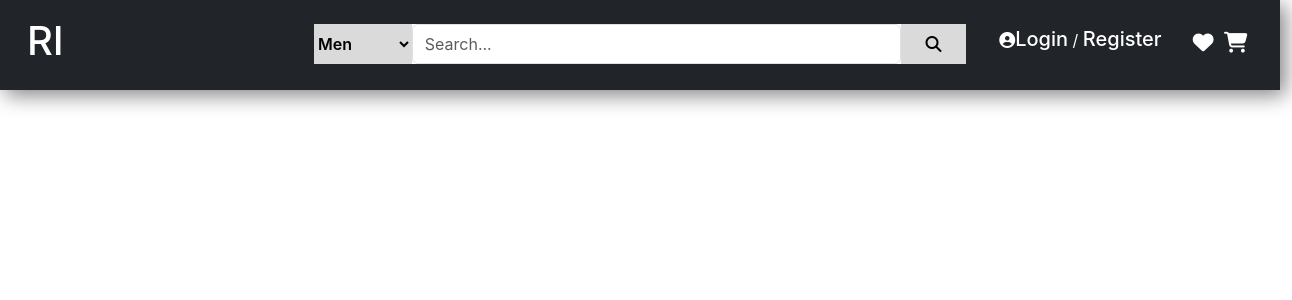
Repository: KodandaraoChellapilli/e-store
Page: /
The author's editor kept a copy of each file at every save. The page is drawn from the files as they stood at one save, then again after the next save.
The browser window is 1280 px wide. The page is 1292 px wide, then 1280 px, so the pictures cover 1292 px, including what lies to the right of the window. The pictures show the whole page.
The project was rebuilt for these pictures with package versions that can differ from the ones it lists, and the page was loaded fresh each time.

Above is the page before, as saved 2025-06-05 10:49:14.

After the next save:
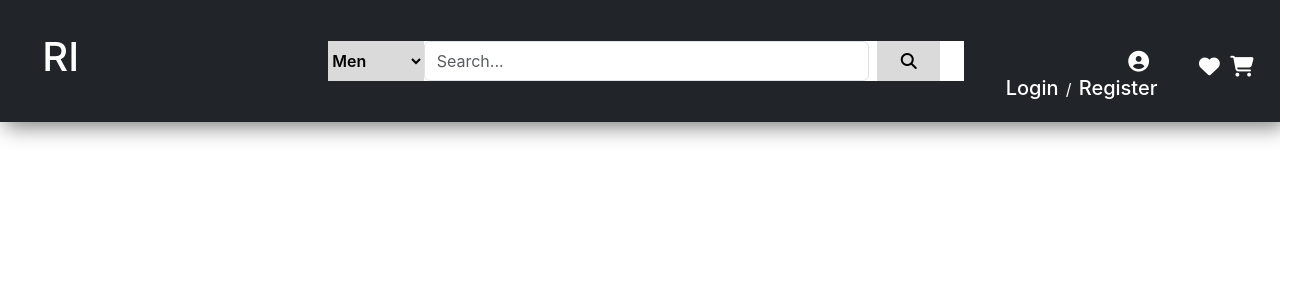
Saved 20 s later.
--- a/src/App.css
+++ b/src/App.css
@@ -1,76 +1,99 @@
-.header{
+* {
+  box-sizing: border-box;
+}
+
+.header {
   max-width: 100%;
   box-shadow: 5px 5px 20px gray;
+  padding: 1em;
 }
 
-.row div{
-  display: inline-block;
+.row {
+  display: flex;
+  align-items: center;
+  flex-wrap: wrap;
+  justify-content: space-between;
 }
 
-.brand{
-  color:white;
+.brand {
+  color: white;
   margin-left: 2%;
   padding: 0.8em;
   width: 23%;
 }
 
-.inp-container input{
-  display: inline-block;
-  width: 75%;
-  height: 2.5em;
+.inp-container {
+  display: flex;
+  align-items: center;
+  width: 50%;
+  padding: 0.5em;
+  background-color: white;
 }
 
-.inp-container button{
+.inp-container .dropdown {
+  width: 15%;
+  margin-right: 0.5em;
+}
+
+.select-btn {
+  height: 2.5em;
+  border: none;
+  background-color: #dadada;
+  font-weight: 600;
+  width: 100%;
+}
+
+.inp-container input {
+  width: 70%;
+  height: 2.5em;
+  margin-right: 0.5em;
+}
+
+.inp-container button {
   width: 10%;
   height: 2.5em;
   border: none;
   background-color: #dadada;
 }
 
-.dropdown {
-  width: 15%;
-}
-
-.select-btn{
-  height: 2.5em;
-  border: none;
-  background-color: #dadada;
-  font-weight: 600;
-}
-
-
-.login-container{
+.login-container {
   width: 15%;
   color: white;
   text-align: right;
   margin: 1.7em 0.2em 0 0;
 }
 
-.login-container i, h5{
-  display: inline-block;
-}
-
-.login-container a{
-  text-decoration: none;
-  color: white;
-}
-
-.user-iconn{
+.user-icon {
   margin-right: 0.4em;
   padding: 0.2em;
   font-size: 1.3em;
 }
 
-.cart-wishlist .list-icon{
-  color:white;
+.auth-links {
+  display: inline-block;
+}
+
+.login-container h5,
+.login-container span {
+  display: inline-block;
+  margin: 0 0.2em;
+}
+
+.login-container a {
+  text-decoration: none;
+  color: white;
+}
+
+.cart-wishlist {
+  width: 7%;
+  margin-top: 1.7em;
+  margin-left: 1em;
+}
+
+.cart-wishlist .list-icon {
+  color: white;
   font-size: 1.3em;
   list-style-type: none;
   display: inline-block;
   margin-right: 0.5em;
 }
-
-.cart-wishlist{
-  width: 7%;
-  margin-top: 1.7em;
-  margin-left: 1em;
-}
